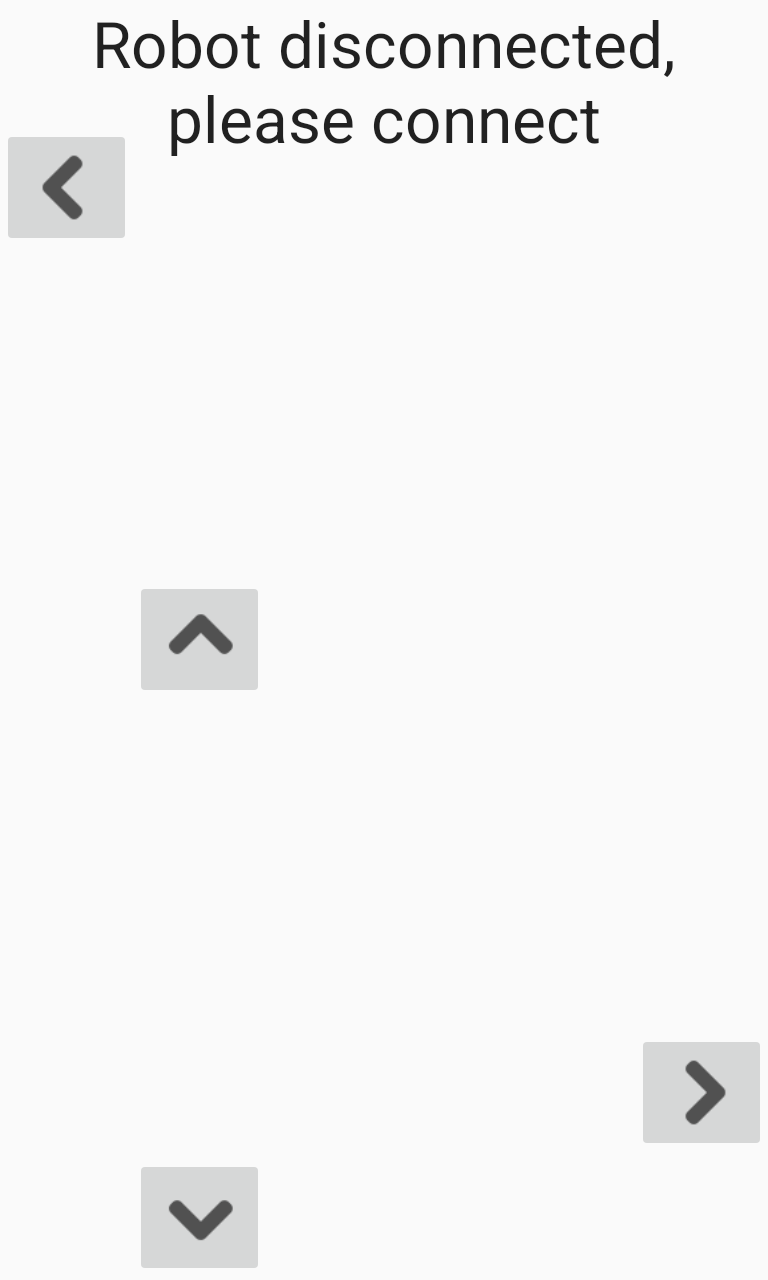
Repository: cjsatuforc/Bobina
Layout: source/android/Bobina/res/layout/main_layout.xml
The author's editor kept a copy of each file at every save. The layout is drawn from the files as they stood at one save, then again after the next save.
It is drawn on a 768 x 1280 px phone screen (xhdpi) without system bars, with theme AppTheme; the app's code is not run.

Above is the layout before, as saved 2015-04-25 23:46:22.

After the next save:
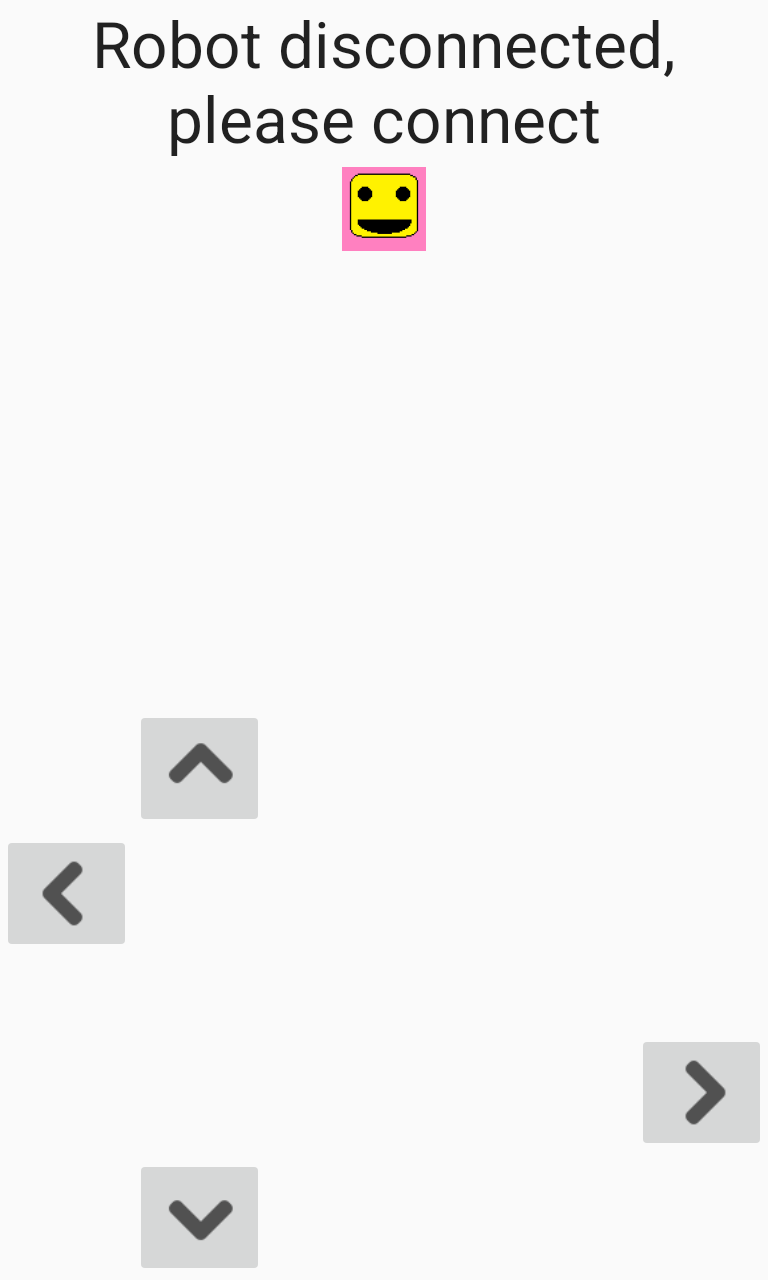
Saved 2 min 19 s later.
--- a/source/android/Bobina/res/layout/main_layout.xml
+++ b/source/android/Bobina/res/layout/main_layout.xml
@@ -11,11 +11,21 @@
 
         android:text="@string/main_title_disconnected" />
 
+    <ImageView
+        android:id="@+id/imageView1"
+        android:layout_width="wrap_content"
+        android:layout_height="wrap_content"
+        android:layout_alignParentLeft="true"
+        android:layout_alignParentRight="true"
+        android:layout_below="@+id/main_title"
+        android:src="@drawable/ic_launcher" />
+
     <include
         android:layout_width="wrap_content"
         android:layout_height="wrap_content"
         android:layout_alignParentBottom="true"
         android:layout_alignParentLeft="true"
+        android:layout_below="@+id/imageView1"
         layout="@layout/control" />
 
 </RelativeLayout>
